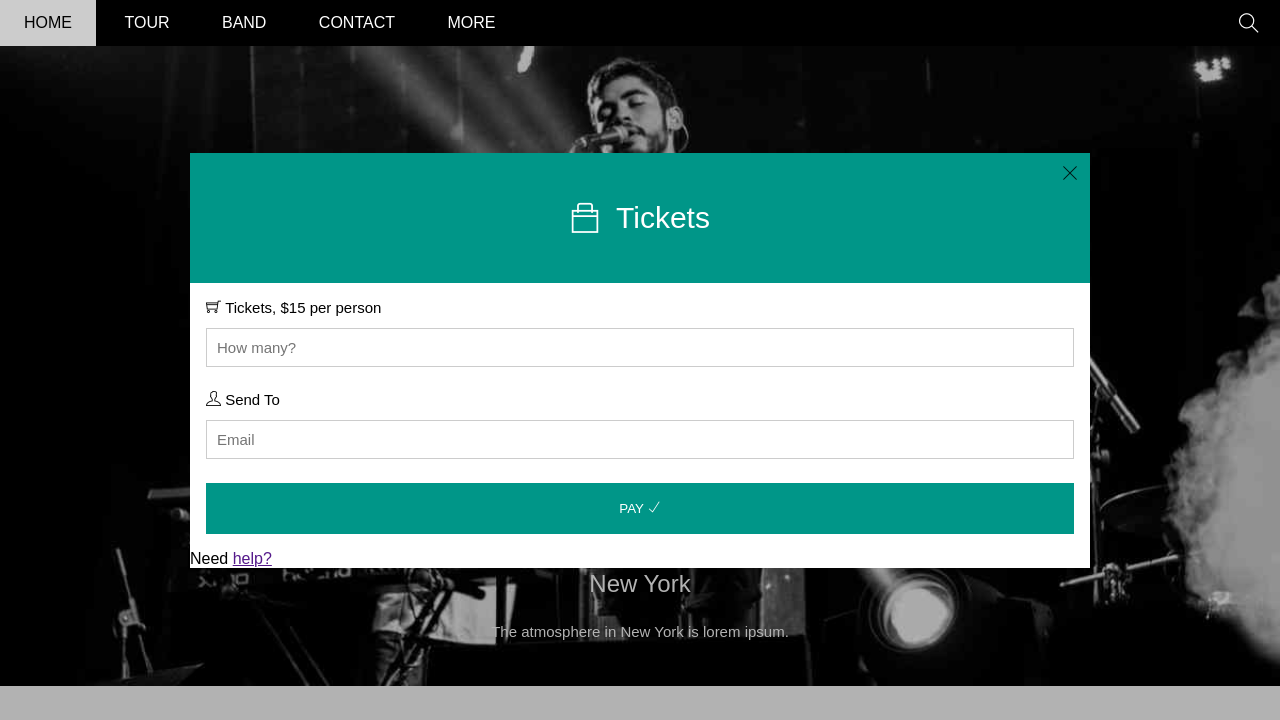
Repository: duyhung0311/band_music
Page: index.html
These files come from the project's save history. The page is drawn as it stood at one moment and after the next save; the edit follows.
The browser window is 1280 px wide. The pictures show the window.
A layer covers the whole window, so only the first screen is drawn.

Above is the page before, as saved 2021-08-15 09:47:32.

After the next save:
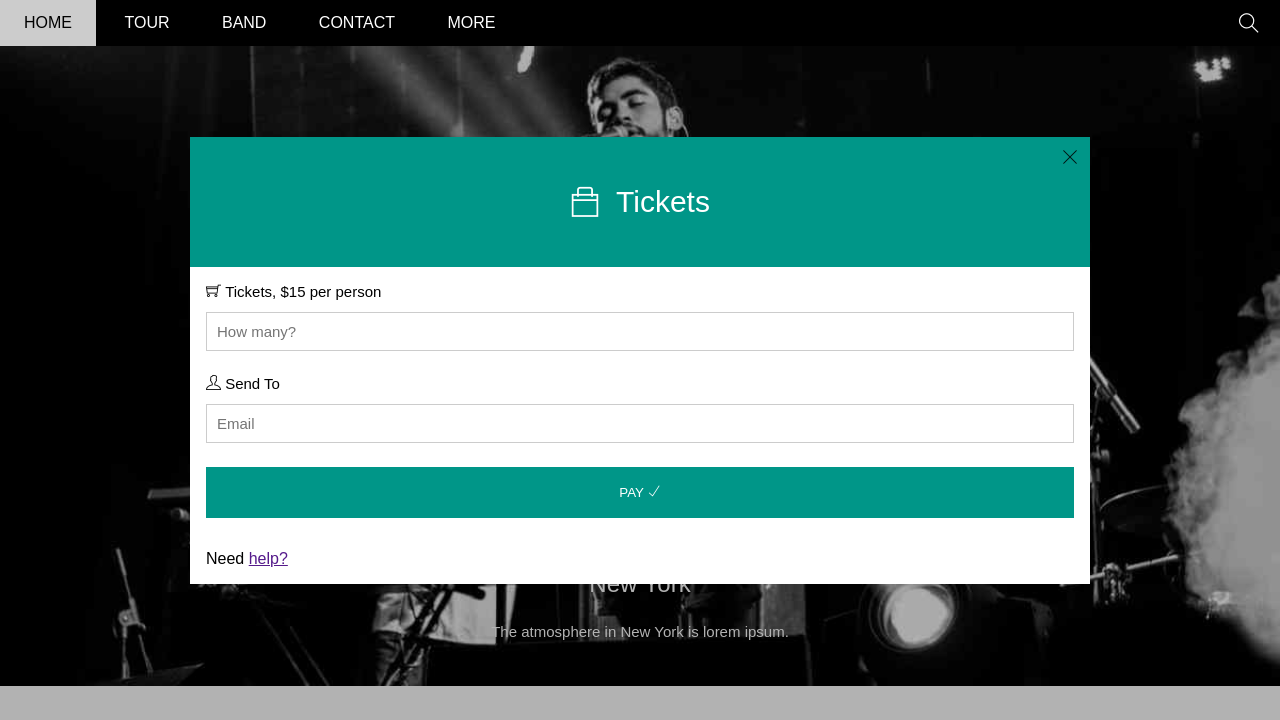
Saved 16 s later.
--- a/assets/css/style.css
+++ b/assets/css/style.css
@@ -354,6 +354,6 @@
 .modal-body #buy-tickets:hover {
     opacity: 0.9;
 }
-.modal-body .modal-footer{
+.modal-footer{
     padding: 16px;
 }
